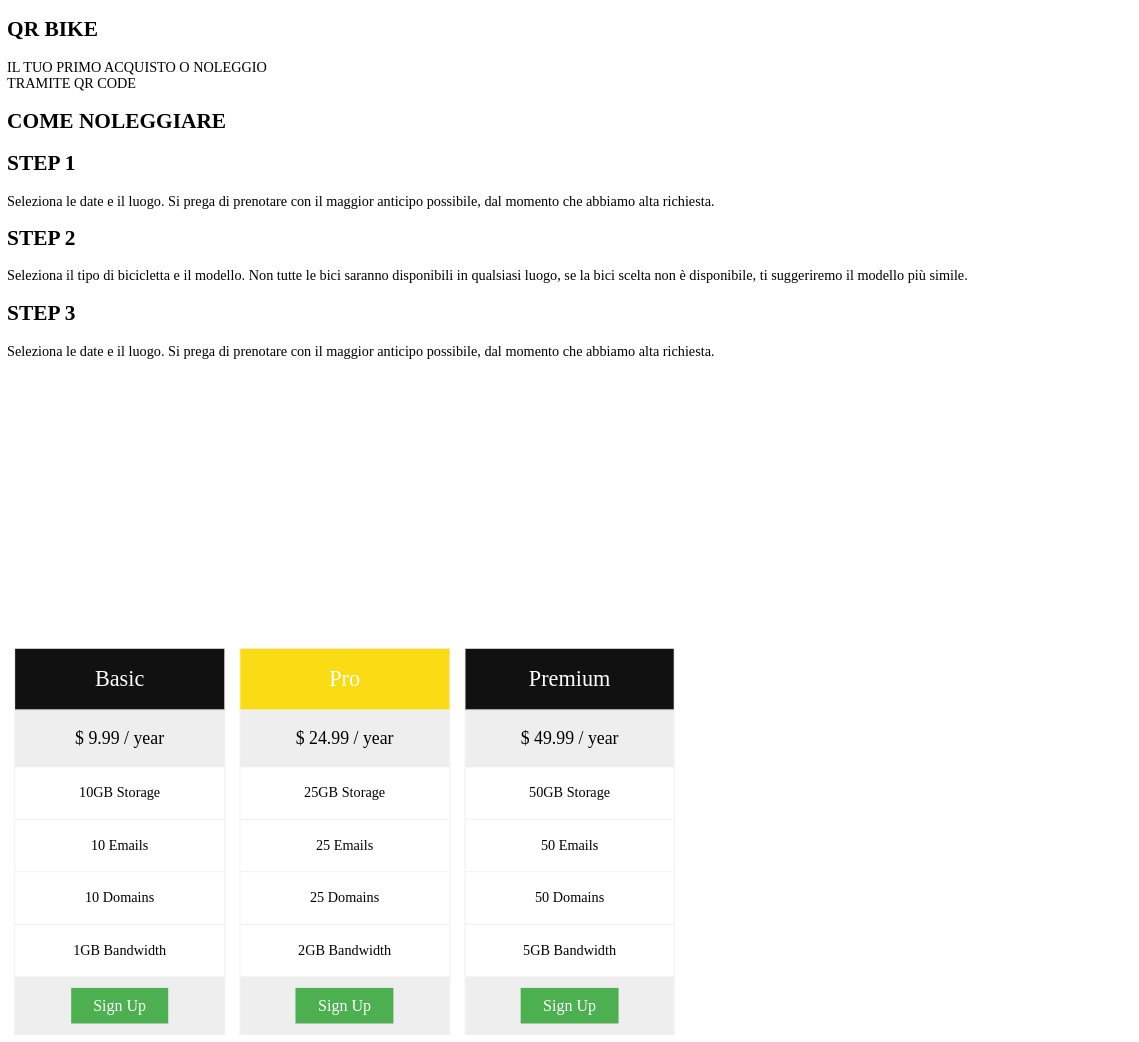
Repository: andrealepori/qrbike
Page: noleggio.html
An editor plug-in stored every save of this project. The page is shown before and after the next save, followed by the edit.
The browser window is 1280 px wide. The pictures show the whole page, at 89% of full size.

Above is the page before, as saved 2020-09-18 09:21:20.

### noleggio.html
<!DOCTYPE html>
<html lang="en">
<head>
    <meta charset="UTF-8">
    <meta name="viewport" content="width=device-width, initial-scale=1.0">
    <title>Home - QR BIKE</title>


	<link type="text/css" rel="stylesheet" href="css/style.css" />

	<link type="text/css" rel="stylesheet" href="css/calendario.css" />

</head>
<body>



  <section id="hero1" class="hero">





    <div class="inner">

      <h1 class="yellowtitle"> QR BIKE</h1>
      <p class="subtitle">IL TUO PRIMO ACQUISTO O NOLEGGIO <br> TRAMITE QR CODE</p>
      </div>

  </section>




<section>

      <h1 class="titolo">COME NOLEGGIARE </h1>

    </div>
    </div>
  </section>



  <div class="support-grid"></div>

  <section class="grid-1">
    <div class="item-1">
      <h1 class="step"><bold>STEP 1</bold> </h1>


      <p class="nero">
        Seleziona le date e il luogo.
        Si prega di prenotare con il maggior anticipo possibile,
         dal momento che abbiamo alta richiesta. </p>
    </div>
    <div class="item-2">

      <h1 class="step"><bold>STEP 2</bold> </h1>


      <p class="nero">
        Seleziona il tipo di bicicletta e il modello.
         Non tutte le bici saranno disponibili in qualsiasi luogo, se la bici scelta non è disponibile,
        ti suggeriremo il modello più simile.
        </p>


    </div>
    <div class="item-3">


      <h1 class="step"><bold>STEP 3
      </bold> </h1>


      <p class="nero">
        Seleziona le date e il luogo.
        Si prega di prenotare con il maggior anticipo possibile,
                dal momento che abbiamo alta richiesta.

        </p>


    </div></section>
    <div class="posizione">
        <div class="columns">
      <ul class="price">
        <li class="header">Basic</li>
        <li class="grey">$ 9.99 / year</li>
        <li>10GB Storage</li>
        <li>10 Emails</li>
        <li>10 Domains</li>
        <li>1GB Bandwidth</li>
        <li class="grey"><a href="#" class="button">Sign Up</a></li>
      </ul>
    </div>

    <div class="columns">
      <ul class="price">
        <li class="header" style="background-color: #FADC15;">Pro</li>
        <li class="grey">$ 24.99 / year</li>
        <li>25GB Storage</li>
        <li>25 Emails</li>
        <li>25 Domains</li>
        <li>2GB Bandwidth</li>
        <li class="grey"><a href="#" class="button">Sign Up</a></li>
      </ul>
    </div>

    <div class="columns">
      <ul class="price">
        <li class="header">Premium</li>
        <li class="grey">$ 49.99 / year</li>
        <li>50GB Storage</li>
        <li>50 Emails</li>
        <li>50 Domains</li>
        <li>5GB Bandwidth</li>
        <li class="grey"><a href="#" class="button">Sign Up</a></li>
      </ul>
    </div>



  </div>


















</body>

<script src="js/calendario.js"></script>


</html>

### css/calendario.css
* {
    box-sizing: border-box;
}

/* Create three columns of equal width */
.columns {
    float: left;
    width: 20%;
    padding: 8px;
}

.posizione{
    padding-top: 300px;
}

/* Style the list */
.price {
    list-style-type: none;
    border: 1px solid #eee;
    margin: 0;
    padding: 0;
    -webkit-transition: 0.3s;
    transition: 0.3s;
}

/* Add shadows on hover */
.price:hover {
    box-shadow: 0 8px 12px 0 rgba(0,0,0,0.2)
}

/* Pricing header */
.price .header {
    background-color: #111;
    color: white;
    font-size: 25px;
}

/* List items */
.price li {
    border-bottom: 1px solid #eee;
    padding: 20px;
    text-align: center;
}

/* Grey list item */
.price .grey {
    background-color: #eee;
    font-size: 20px;
}

/* The "Sign Up" button */
.button {
    background-color: #4CAF50;
    border: none;
    color: white;
    padding: 10px 25px;
    text-align: center;
    text-decoration: none;
    font-size: 18px;
}

/* Change the width of the three columns to 100%
(to stack horizontally on small screens) */
@media only screen and (max-width: 600px) {
    .columns {
        width: 100%;
    }
}

Loaded but not shown: style.css (no stored copy; drawn as an empty file); js/calendario.js (no stored copy; drawn as an empty file)

After the next save:
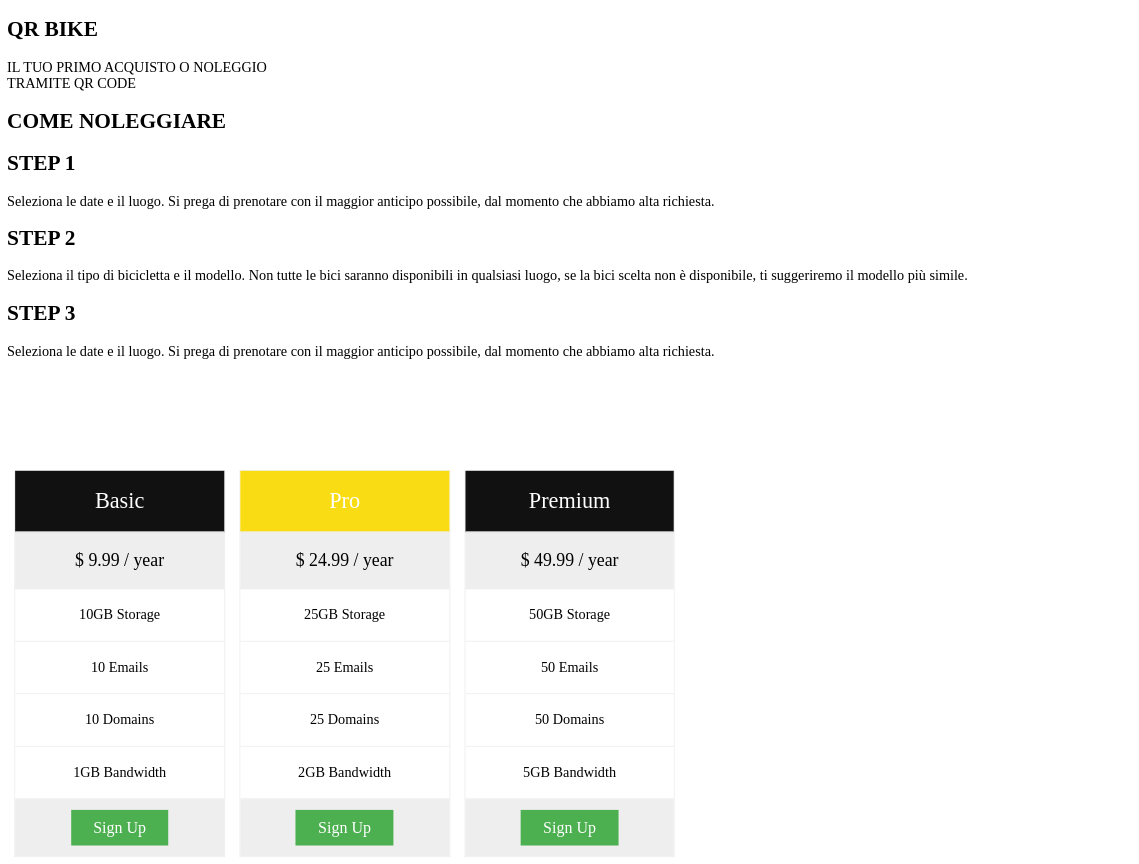
Saved 6 s later.
--- a/css/calendario.css
+++ b/css/calendario.css
@@ -10,7 +10,7 @@
 }
 
 .posizione{
-    padding-top: 300px;
+    padding-top: 100px;
 }
 
 /* Style the list */
